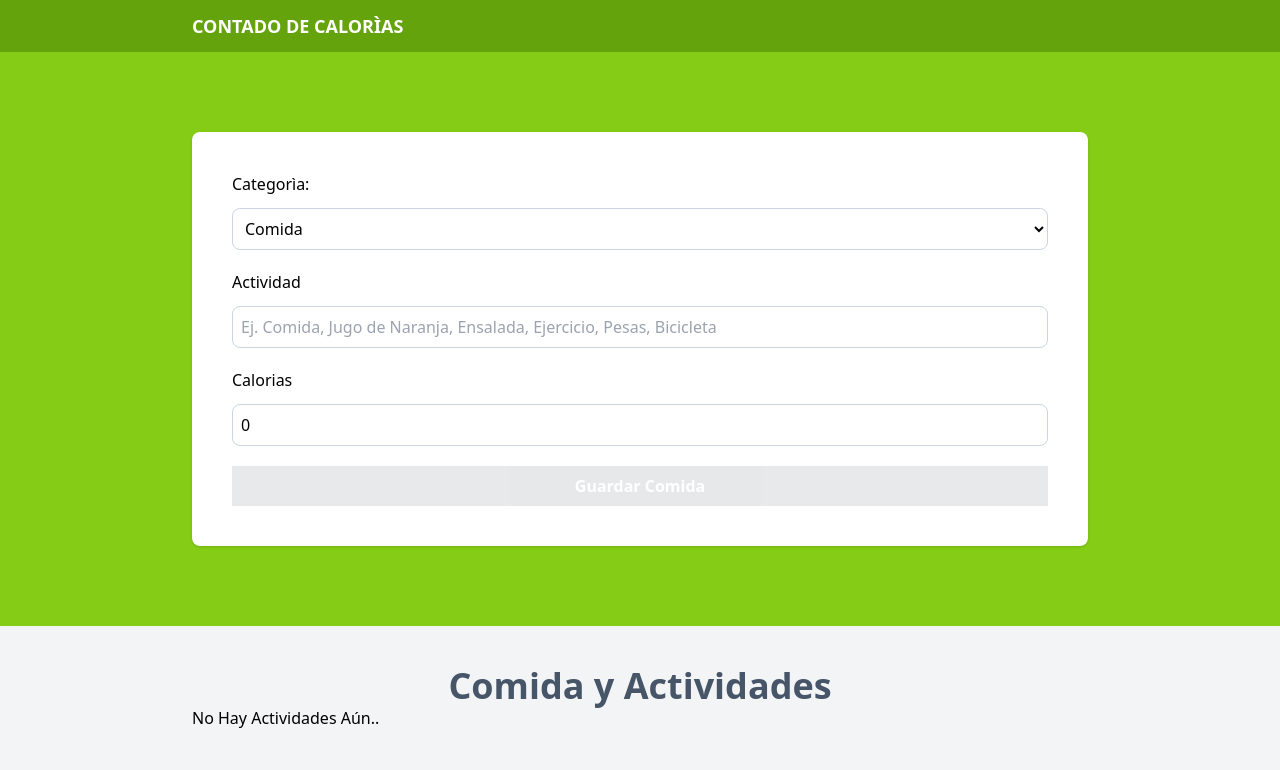
Repository: Matiiu/calorie-tracker
Page: /
An editor plug-in stored every save of this project. The page is shown before and after the next save, followed by the edit.
The browser window is 1280 px wide. The pictures show the whole page.
The project was rebuilt for these pictures with package versions that can differ from the ones it lists, and the page was loaded fresh each time. Also part of the build but not shown: vite.config.ts.

Above is the page before, as saved 2024-04-01 17:51:58.

After the next save:
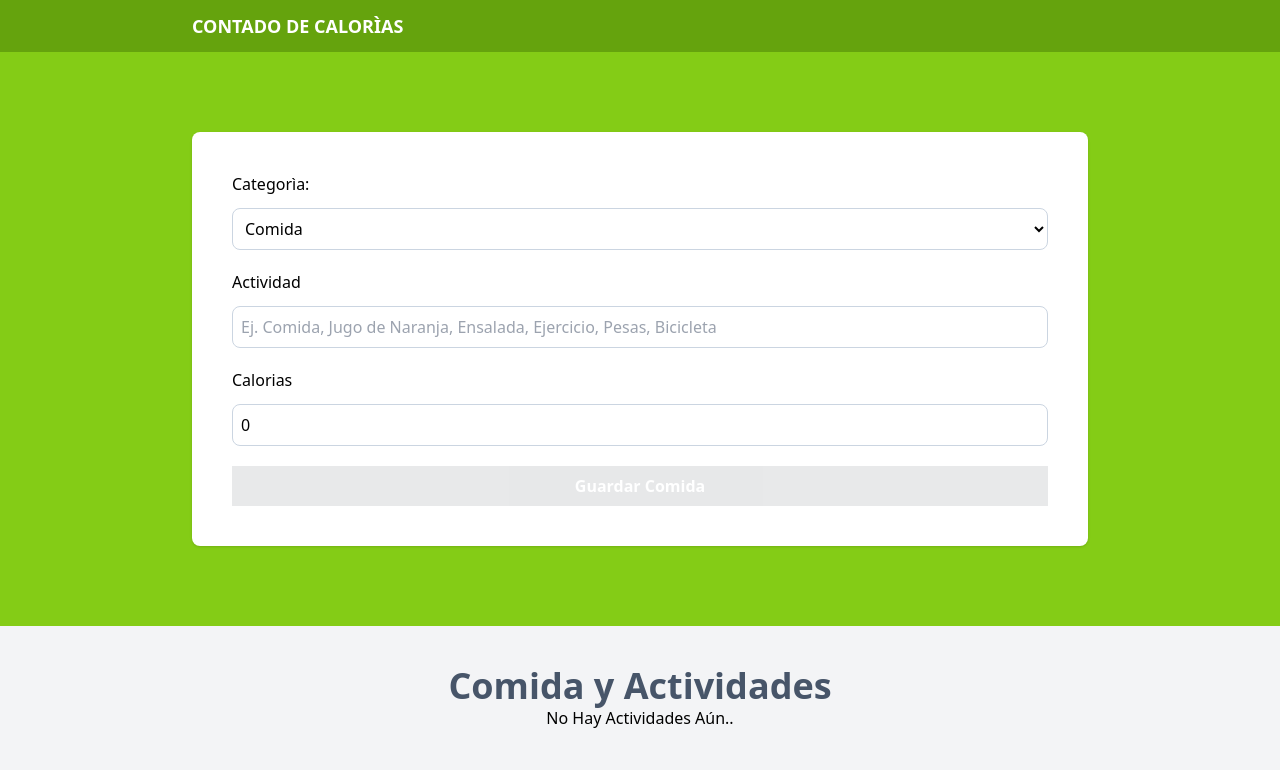
Saved 13 s later.
--- a/src/components/ActivityList.tsx
+++ b/src/components/ActivityList.tsx
@@ -46,7 +46,7 @@ export default function ActivityList({
       </h2>
 
       {!activities.length ? (
-        <p>No Hay Actividades Aún..</p>
+        <p className="text-center">No Hay Actividades Aún..</p>
       ) : (
         activities.map((activity) => (
           <div
